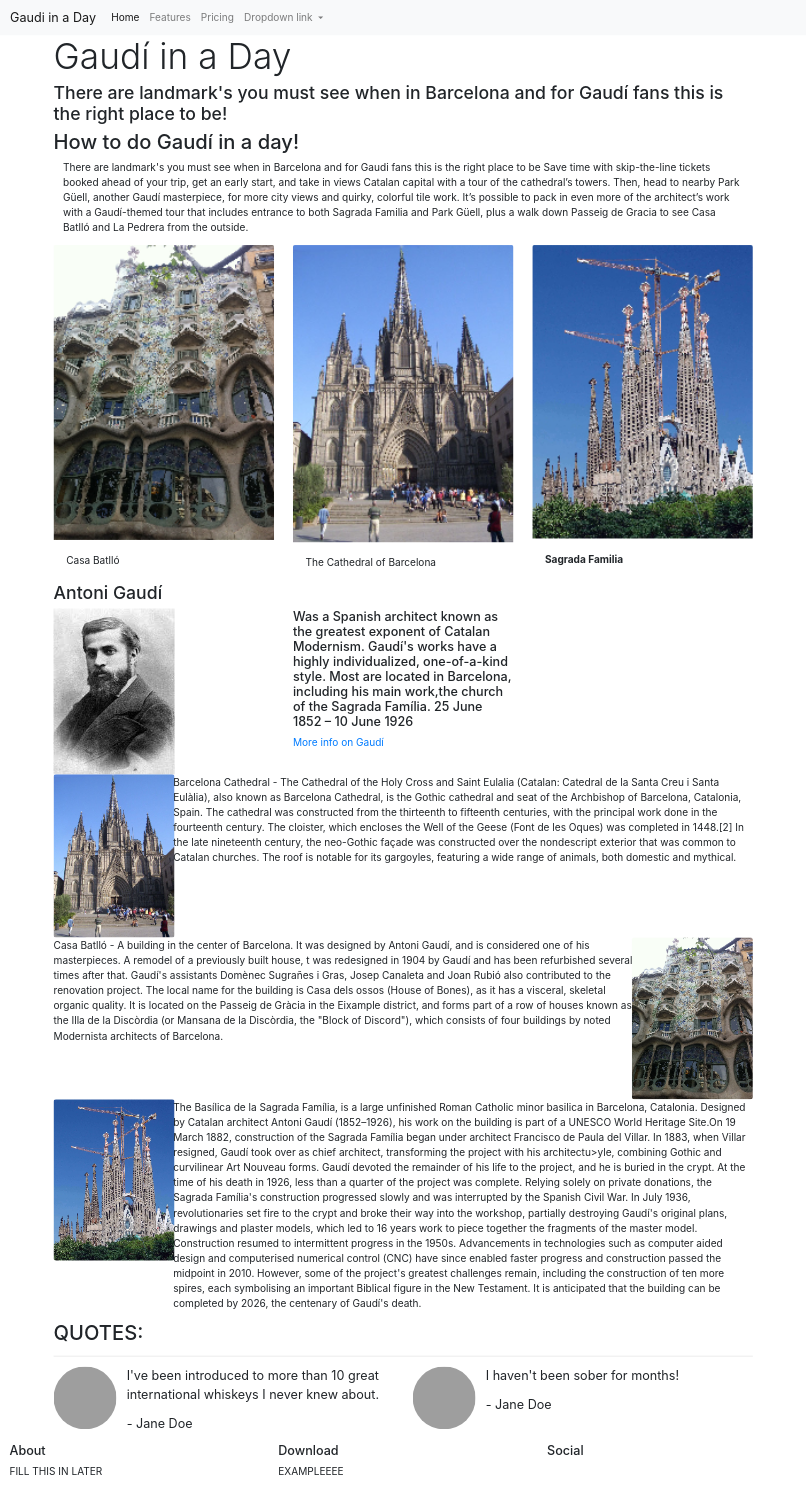
Repository: Taitdanielle/Milestone1
Page: index.html
The author's editor kept a record of every edit. The page is drawn from the files as they stood at one moment, then again after the next edit.
The browser window is 1280 px wide. The pictures show the whole page, at 63% of full size.
Pictures or frames that could not be fetched are drawn as grey boxes.

Above is the page before.

### index.html
<!DOCTYPE html>
<html lang="en">

<head>
    <title>Gaudí in a day!</title>
    <meta charset="UTF-8">
    <meta name="viewport" content="width=device-width, initial-scale=1.0">
    <meta http-equiv="X-UA-Compatible" content="ie=edge">
    <link href="https://fonts.googleapis.com/css?family=Lato&display=swap" rel="stylesheet">
    <link rel="stylesheet" href="https://stackpath.bootstrapcdn.com/bootstrap/4.3.1/css/bootstrap.min.css" integrity="sha384-ggOyR0iXCbMQv3Xipma34MD+dH/1fQ784/j6cY/iJTQUOhcWr7x9JvoRxT2MZw1T" crossorigin="anonymous">
    <link rel="stylesheet" href="css/style.css" type="text/css" />
</head>

<body>

    <!-- nav -->

    <nav class="navbar navbar-expand-lg navbar-light bg-light">
        <a class="navbar-brand" href="#">Gaudi in a Day</a>
        <button class="navbar-toggler" type="button" data-toggle="collapse" data-target="#navbarNavDropdown" aria-controls="navbarNavDropdown" aria-expanded="false" aria-label="Toggle navigation">
    <span class="navbar-toggler-icon"></span>
  </button>
        <div class="collapse navbar-collapse" id="navbarNavDropdown">
            <ul class="navbar-nav">
                <li class="nav-item active">
                    <a class="nav-link" href="#">Home <span class="sr-only">(current)</span></a>
                </li>
                <li class="nav-item">
                    <a class="nav-link" href="#">Features</a>
                </li>
                <li class="nav-item">
                    <a class="nav-link" href="#">Pricing</a>
                </li>
                <li class="nav-item dropdown">
                    <a class="nav-link dropdown-toggle" href="#" id="navbarDropdownMenuLink" role="button" data-toggle="dropdown" aria-haspopup="true" aria-expanded="false">
          Dropdown link
        </a>
                    <div class="dropdown-menu" aria-labelledby="navbarDropdownMenuLink">
                        <a class="dropdown-item" href="#">Action</a>
                        <a class="dropdown-item" href="#">Another action</a>
                        <a class="dropdown-item" href="#">Something else here</a>
                    </div>
                </li>
            </ul>
        </div>
    </nav>
    <!-- nav -->

    <div class="container">
        <h1 class="display-4">Gaudí in a Day</h1>
        <h3>There are landmark's you must see when in Barcelona and for Gaudí fans this is the right place to be!</h3>
    </div>

    <div class="container">
        <h2> How to do Gaudí in a day!</h2>
        <p class="col-md-12"> There are landmark's you must see when in Barcelona and for Gaudi fans this is the right place to be Save time with skip-the-line tickets booked ahead of your trip, get an early start, and take in views Catalan capital with a tour of the cathedral’s
            towers. Then, head to nearby Park Güell, another Gaudí masterpiece, for more city views and quirky, colorful tile work. It’s possible to pack in even more of the architect’s work with a Gaudí-themed tour that includes entrance to both Sagrada
            Familia and Park Güell, plus a walk down Passeig de Gracia to see Casa Batlló and La Pedrera from the outside. </p>
    </div>

    <!-- image cards -->

    <div class="container">
        <div class="row">
            <div class="col-md-4">
                <div class="card-class">
                    <a href="#card1">
                    <img src="images/gaudi2.jpg" class="card-img-top" alt="Casa Battlo Building"></a>
                    <div class="card-body">
                        <p class="card-text" <b>Casa Batlló</b>
                        </p>
                    </div>
                </div>
            </div>

            <div class="col-md-4">
                <div class="card-class">
                    <img src="images/Sta-eulalia.jpg" class="card-img-top" alt="The Cathedral of Barcelona">
                    <div class="card-body">
                        <p class="card-text" <b>The Cathedral of Barcelona</b>
                        </p>
                    </div>
                </div>
            </div>

            <div class="col-md-4">
                <div class="card-class">
                    <img src="images/sagrada-familia.jpg" class="card-img-top" alt="sagrada familia">
                    <div class="card-body">
                        <p class="card-text"><b>Sagrada Familia</b>
                        </p>
                    </div>
                </div>
            </div>
        </div>
    </div>
    <!-- Gaudi info -->

    <div class="container">
        <div class="row">
            <div class="col-md-12 title-heading-conatainer">
                <h3 class="title-heading"> Antoni Gaudí </h3>
            </div>
            <div class="col-md-4">
                <img src="images/gaudi.jpg">
            </div>
            <div class="col-md-4">
                <h5>Was a Spanish architect known as the greatest exponent of Catalan Modernism. Gaudí's works have a highly individualized, one-of-a-kind style. Most are located in Barcelona, including his main work,the church of the Sagrada Família. 25
                    June 1852 – 10 June 1926 </h5>
                <a href="https://en.wikipedia.org/wiki/Antoni_Gaud%C3%AD">More info on Gaudí</a>
            </div>
        </div>
    </div>

    <!-- Gaudi info End -->

    <!-- image info -->

    <div class="container">
        <div class="row">
            <div class="col-md-2">
                <img src="images/Sta-eulalia.jpg" class="rounded float-left" alt="barrigotic building">
            </div>
            <div class="col-md-10">
                <p class="par-padding-left">Barcelona Cathedral - The Cathedral of the Holy Cross and Saint Eulalia (Catalan: Catedral de la Santa Creu i Santa Eulàlia), also known as Barcelona Cathedral, is the Gothic cathedral and seat of the Archbishop of Barcelona, Catalonia,
                    Spain. The cathedral was constructed from the thirteenth to fifteenth centuries, with the principal work done in the fourteenth century. The cloister, which encloses the Well of the Geese (Font de les Oques) was completed in 1448.[2]
                    In the late nineteenth century, the neo-Gothic façade was constructed over the nondescript exterior that was common to Catalan churches. The roof is notable for its gargoyles, featuring a wide range of animals, both domestic and mythical.
                </p>
            </div>
        </div>
    </div>

    <div class="container">
        <div class="row">
            <div class="col-md-10">
                <p class="par-padding-right" id="#card1"> Casa Batlló - A building in the center of Barcelona. It was designed by Antoni Gaudí, and is considered one of his masterpieces. A remodel of a previously built house, t was redesigned in 1904 by Gaudí and has been refurbished several
                    times after that. Gaudí's assistants Domènec Sugrañes i Gras, Josep Canaleta and Joan Rubió also contributed to the renovation project. The local name for the building is Casa dels ossos (House of Bones), as it has a visceral, skeletal
                    organic quality. It is located on the Passeig de Gràcia in the Eixample district, and forms part of a row of houses known as the Illa de la Discòrdia (or Mansana de la Discòrdia, the "Block of Discord"), which consists of four buildings
                    by noted Modernista architects of Barcelona.</p>
            </div>
            <div class="col-md-2">
                <img src="images/gaudi2.jpg" class="rounded float-right" alt="Building">
            </div>
        </div>
    </div>

    <div class="container">
        <div class="row">
            <div class="col-md-2">
                <img src="images/sagrada-familia.jpg" class="rounded float-left" alt=building>
            </div>
            <div class="col-md-10">
                <p class="par-padding-left"> The Basílica de la Sagrada Família, is a large unfinished Roman Catholic minor basilica in Barcelona, Catalonia. Designed by Catalan architect Antoni Gaudí (1852–1926), his work on the building is part of a UNESCO World Heritage Site.On
                    19 March 1882, construction of the Sagrada Família began under architect Francisco de Paula del Villar. In 1883, when Villar resigned, Gaudí took over as chief architect, transforming the project with his architectu>yle, combining
                    Gothic and curvilinear Art Nouveau forms. Gaudí devoted the remainder of his life to the project, and he is buried in the crypt. At the time of his death in 1926, less than a quarter of the project was complete. Relying solely on private
                    donations, the Sagrada Família's construction progressed slowly and was interrupted by the Spanish Civil War. In July 1936, revolutionaries set fire to the crypt and broke their way into the workshop, partially destroying Gaudí's original
                    plans, drawings and plaster models, which led to 16 years work to piece together the fragments of the master model. Construction resumed to intermittent progress in the 1950s. Advancements in technologies such as computer aided design
                    and computerised numerical control (CNC) have since enabled faster progress and construction passed the midpoint in 2010. However, some of the project's greatest challenges remain, including the construction of ten more spires, each
                    symbolising an important Biblical figure in the New Testament. It is anticipated that the building can be completed by 2026, the centenary of Gaudí's death.</p>
            </div>
        </div>
    </div>
    <!-- Reviews -->

    </section>
    </div>
    </div>
    <!-- /.callout -->
    </div>

    <!-- Quotes -->
    <div class="container-wrapper">
        <div class="container quotes-container content-container">
            <section class="quotes">
                <div class="row">
                    <div class="col-12 page-header">
                        <h2 class="text-uppercase">Quotes:</h2>
                        <hr class="block-divider block-divider--short">
                    </div>
                </div>
                <div class="row">
                    <div class="col-12 col-md-6">
                        <div class="media">
                            <div class="d-none d-sm-block">
                                <img src="images/girl-image.png" class="rounded-circle mr-3" height=100 width=100>
                            </div>
                            <div class="media-body">
                                <blockquote class="blockquote">
                                    <p>I've been introduced to more than 10 great international whiskeys I never knew about.</p>
                                    <p>- Jane Doe</p>
                                </blockquote>
                            </div>
                        </div>
                    </div>
                    <div class="col-12 col-md-6">
                        <div class="media">
                            <div class="d-none d-sm-block">
                                <img src="images/guy-image.png" class="rounded-circle mr-3" height=100 width=100>
                            </div>
                            <div class="media-body">
                                <blockquote class="blockquote">
                                    <p>I haven't been sober for months!</p>
                                    <p>- Jane Doe</p>
                                </blockquote>
                            </div>
                        </div>
                    </div>
                </div>
        </div>
    </div>
    </div>
    </section>

    <!-- Reviews end -->

    <!-- footer -->

    <footer class="container-fluid">
        <div id="footer-details" class="row">
            <div class="col-sm-4">
                <h5 class="uppercase general-sub">About</h5>
                <p class="inline-block">
                    FILL THIS IN LATER
                </p>
            </div>
            <div class="col-sm-4">
                <h5 class="uppercase general-sub">Download</h5>
                <p class="inline-block">
                    EXAMPLEEEE
                    <a href="assets/cv/sample-cv.pdf" target="_blank" class="cv-pdf">
                        <i class="fa fa-download" aria-hidden="true"></i>
                        <span class="sr-only">Download link.</span>
                    </a>
                </p>
            </div>
            <div class="col-sm-4">
                <h5 class="uppercase general-sub">Social</h5>
                <ul class="list-inline social-links">
                    <li class="list-inline-item">
                        <a target="_blank" href="#">
                            <i class="fa fa-facebook" aria-hidden="true"></i>
                            <span class="sr-only">Facebook</span>
                        </a>
                    </li>
                    <li class="list-inline-item">
                        <a target="_blank" href="#">
                            <i class="fa fa-twitter" aria-hidden="true"></i>
                            <span class="sr-only">Twitter</span>
                        </a>
                    </li>
                    <li class="list-inline-item">
                        <a target="_blank" href="#">
                            <i class="fa fa-linkedin" aria-hidden="true"></i>
                            <span class="sr-only">LinkedIn</span>
                        </a>
                    </li>
                    <li class="list-inline-item">
                        <a target="_blank" href="#">
                            <i class="fa fa-pinterest" aria-hidden="true"></i>
                            <span class="sr-only">Pinterest</span>
                        </a>
                    </li>
                    <li class="list-inline-item">
                        <a target="_blank" href="#">
                            <i class="fa fa-instagram" aria-hidden="true"></i>
                            <span class="sr-only">Instagram</span>
                        </a>
                    </li>
                    <li class="list-inline-item">
                        <a target="_blank" href="#">
                            <i class="fa fa-youtube" aria-hidden="true"></i>
                            <span class="sr-only">YouTube</span>
                        </a>
                    </li>
                </ul>
            </div>
        </div>

</body>

</html>

### css/style.css
container {
    background-color: #FBEAFF;
}

After the next edit:
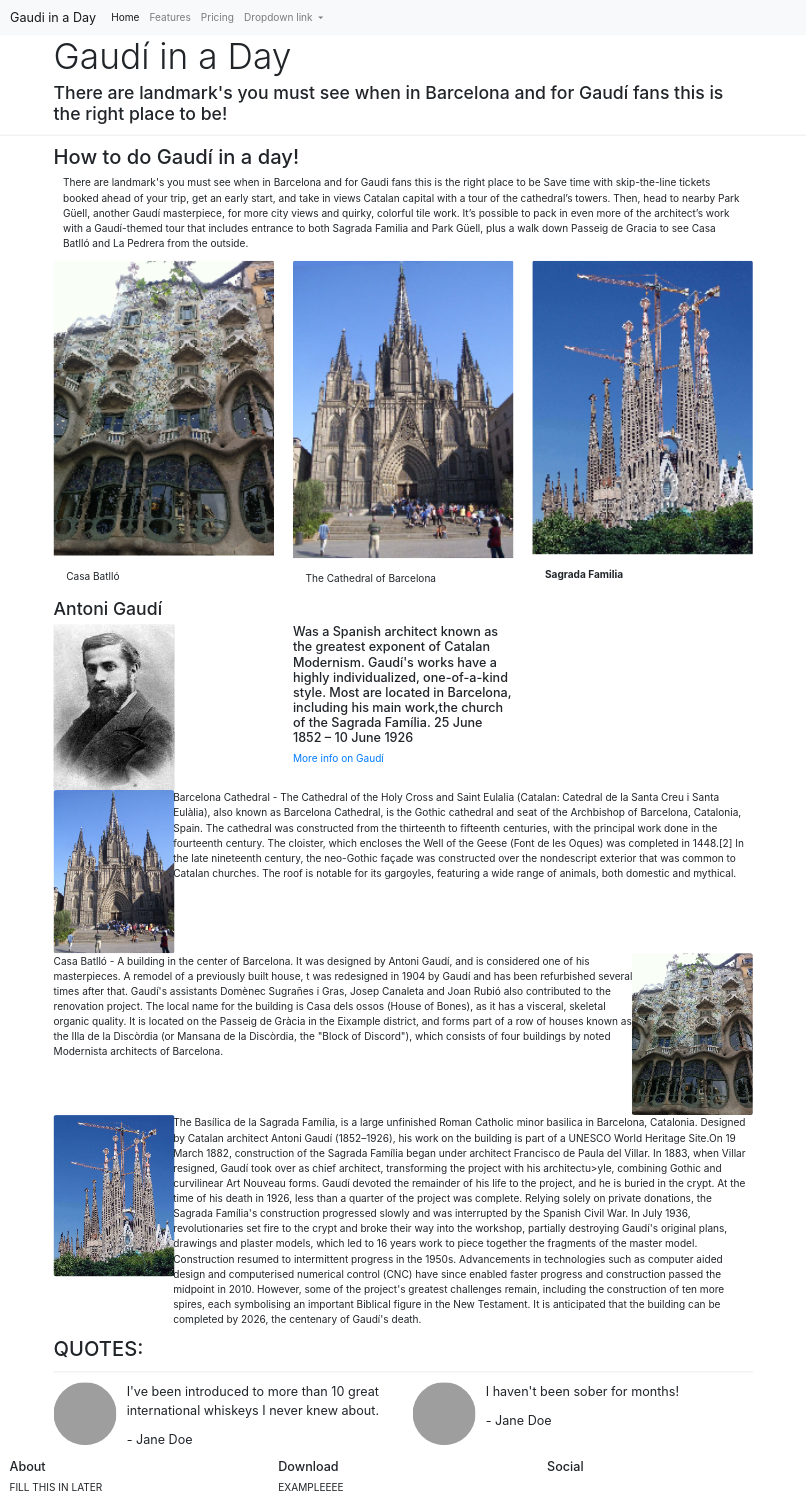
The edit:
--- a/index.html
+++ b/index.html
@@ -51,6 +51,8 @@
         <h3>There are landmark's you must see when in Barcelona and for Gaudí fans this is the right place to be!</h3>
     </div>
 
+    <hr class="block-divider block-divider--short">
+
     <div class="container">
         <h2> How to do Gaudí in a day!</h2>
         <p class="col-md-12"> There are landmark's you must see when in Barcelona and for Gaudi fans this is the right place to be Save time with skip-the-line tickets booked ahead of your trip, get an early start, and take in views Catalan capital with a tour of the cathedral’s
